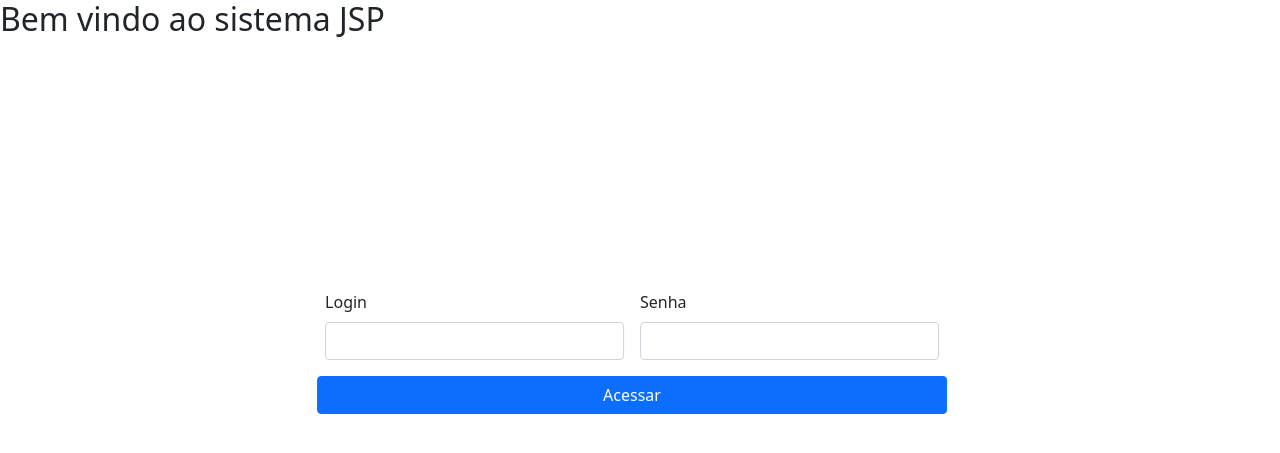
Repository: EduCarmo/PROJETO_JAVA-JSP_JDBC_SQL_JAVA
Page: http://localhost/curso-jsp/
An editor plug-in stored every save of this project. The page is shown before and after the next save, followed by the edit.
The browser window is 1280 px wide. The pictures show the whole page.
The page is served by Tomcat 10.

Above is the page before, as saved 2024-03-13 22:16:31.

After the next save:
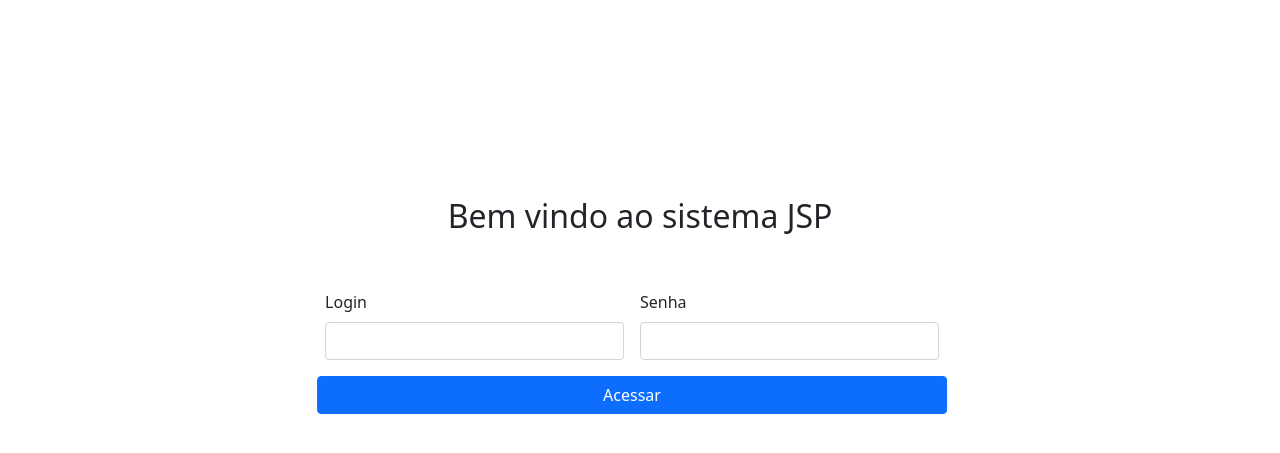
Saved 4 s later.
--- a/curso-jsp/src/main/webapp/style/style.css
+++ b/curso-jsp/src/main/webapp/style/style.css
@@ -7,7 +7,7 @@ form{
 	transform: translate(-50%,-50%);
 }
 
-h5{
+h2{
 	position: absolute;
 	top: 30%;
 	left: 50%;
